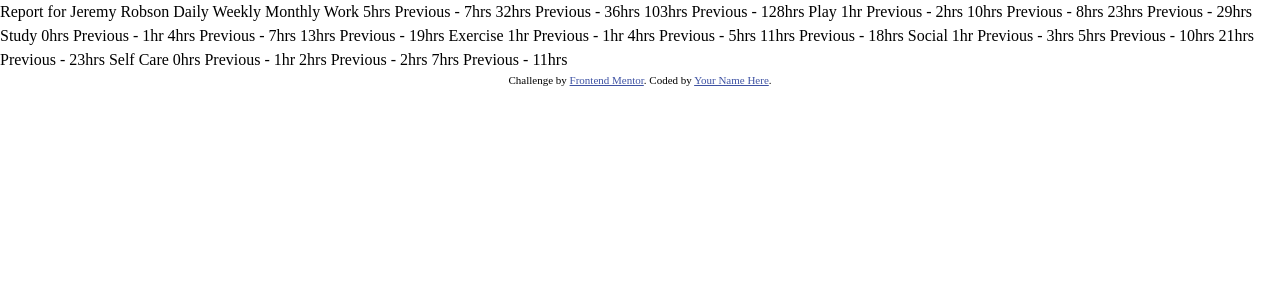
Repository: Akashiii1/WebTimeTracking_Day6
Page: index.html
An editor plug-in stored every save of this project. The page is shown before and after the next save, followed by the edit.
The browser window is 1280 px wide. The pictures show the whole page.

Above is the page before, as saved 2021-12-26 23:21:16.

After the next save:
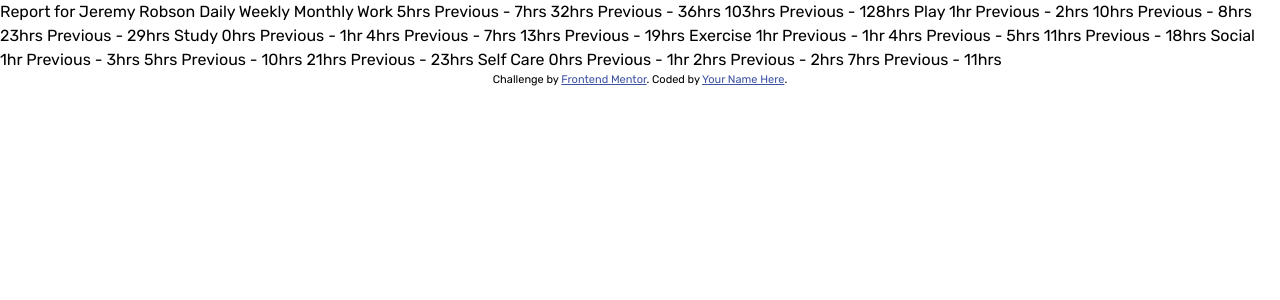
Saved 26 s later.
--- a/style.css
+++ b/style.css
@@ -46,6 +46,9 @@ picture {
   display: block;
   max-width: 100%;
 }
+body{
+  font-family: 'Rubik', sans-serif;
+}
 /* remove animation for people who've turned them off */
 @media (prefers-reduced-motion: reduce) {
   *,
